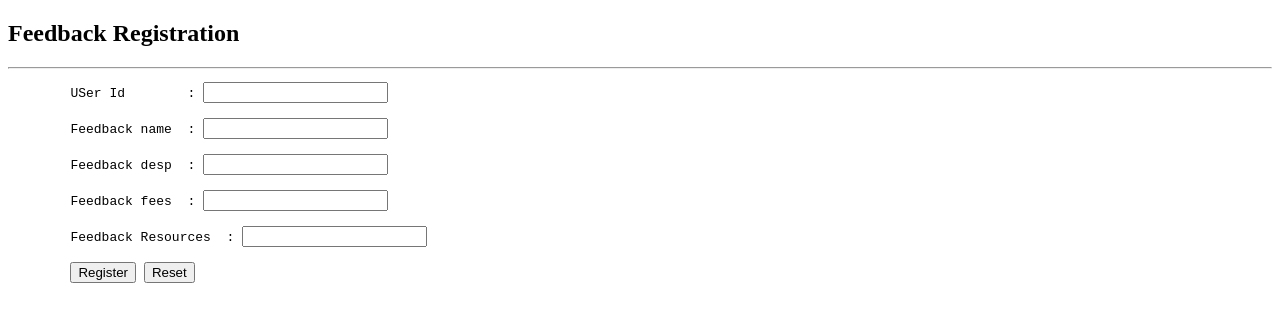
Repository: rathorea439/eLearning
Page: http://localhost/eLearing-springMVC/WEB-INF/views/add-feedback.jsp
The author's editor kept a copy of each file at every save. The page is drawn from the files as they stood at one save, then again after the next save.
The browser window is 1280 px wide. The pictures show the whole page.
The page is served by Tomcat 9. Nobody is signed in. Other server files are loaded and not shown. The template is opened directly, without the code that normally fills it, so the values that code supplies are empty.

Above is the page before, as saved 2021-07-26 16:19:00.

### eLearing-springMVC/src/main/webapp/WEB-INF/views/add-feedback.jsp
<%@ page language="java" contentType="text/html; charset=ISO-8859-1"
	pageEncoding="ISO-8859-1"%>
<%@ taglib uri="http://www.springframework.org/tags/form" prefix="form" %>
<!DOCTYPE html>
<html>
<head>
<meta charset="ISO-8859-1">
<title>Add Feedback</title>
</head>
<body>
	<h2>Feedback Registration</h2>
	<hr>
	<form:form action="register1" method="POST" modelAttribute="feedback">
		<pre>
        USer Id        : <form:input path="user_id"  /><br>
        Feedback name  : <form:input path="c_name"/><br>
        Feedback desp  : <form:input path="c_desp" /><br>
        Feedback fees  : <form:input path="c_fees" /><br>
        Feedback Resources  : <form:input path="c_resource" /><br>
        <input type="submit" value="Register" /> <input
				type="reset" value="Reset" />
        </pre>
	</form:form>
</body>
</html>

After the next save:
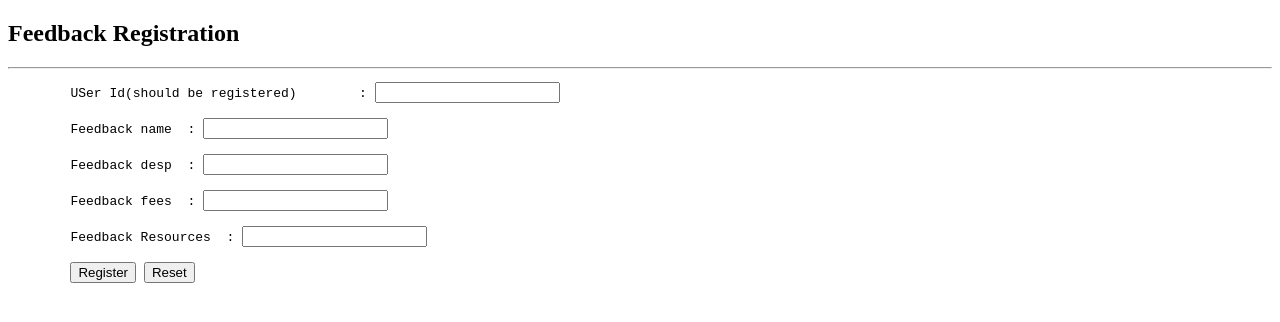
Saved 20 s later.
--- a/eLearing-springMVC/src/main/webapp/WEB-INF/views/add-feedback.jsp
+++ b/eLearing-springMVC/src/main/webapp/WEB-INF/views/add-feedback.jsp
@@ -12,7 +12,7 @@
 	<hr>
 	<form:form action="register1" method="POST" modelAttribute="feedback">
 		<pre>
-        USer Id        : <form:input path="user_id"  /><br>
+        USer Id(should be registered)        : <form:input path="user_id"  /><br>
         Feedback name  : <form:input path="c_name"/><br>
         Feedback desp  : <form:input path="c_desp" /><br>
         Feedback fees  : <form:input path="c_fees" /><br>
